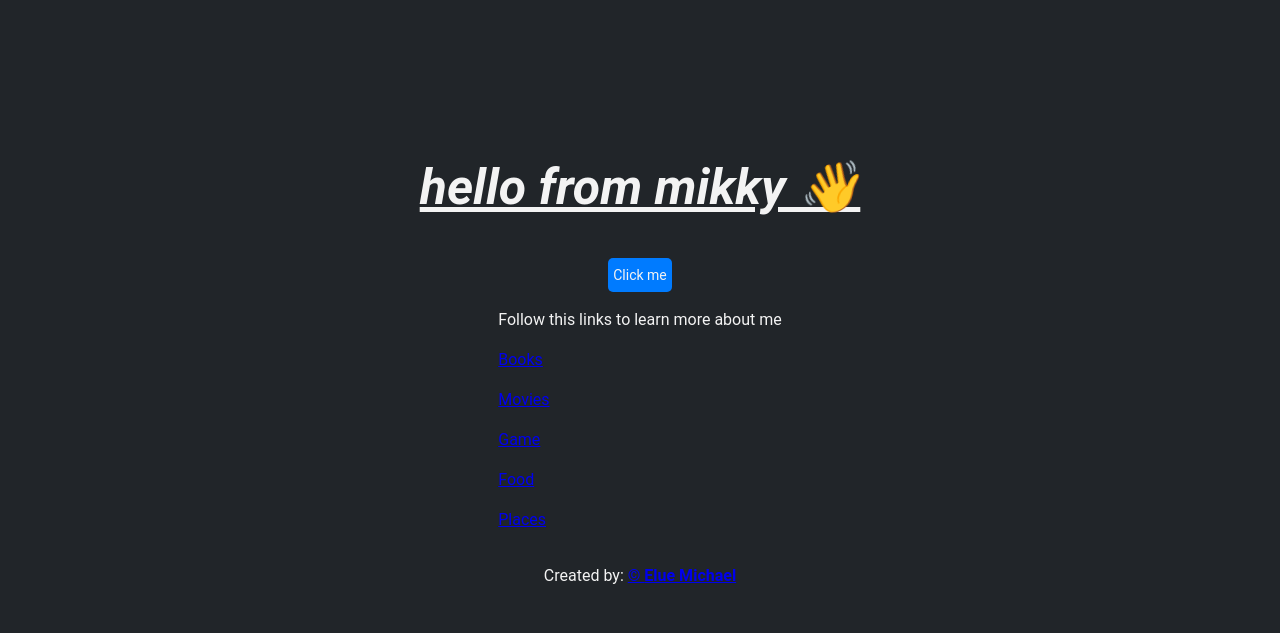
Repository: MikkyPrestige/html-website
Page: index.html
These files come from the project's save history. The page is drawn as it stood at one moment and after the next save; the edit follows.
The browser window is 1280 px wide. The pictures show the whole page.

Above is the page before, as saved 2023-04-29 01:59:13.

After the next save:
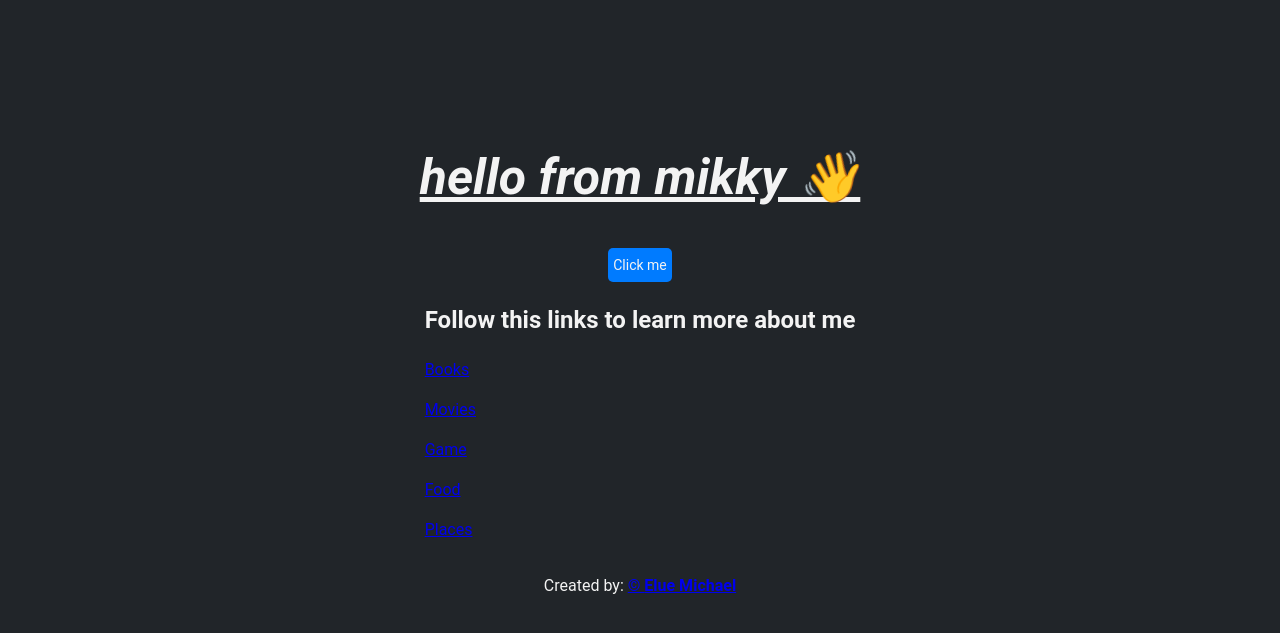
Saved 25 s later.
--- a/index.html
+++ b/index.html
@@ -16,7 +16,7 @@
       <a href="https://theuselessweb.com/" target="_blank" class="btn-link">Click me</a>
     </div>
     <section class="section1">
-      <p class="section1-text">Follow this links to learn more about me</p>
+      <h2 class="section1-text">Follow this links to learn more about me</h2>
       <p class="section1-text">
         <a href="./pages/books.html" class="section1-link">Books</a>
       </p>
